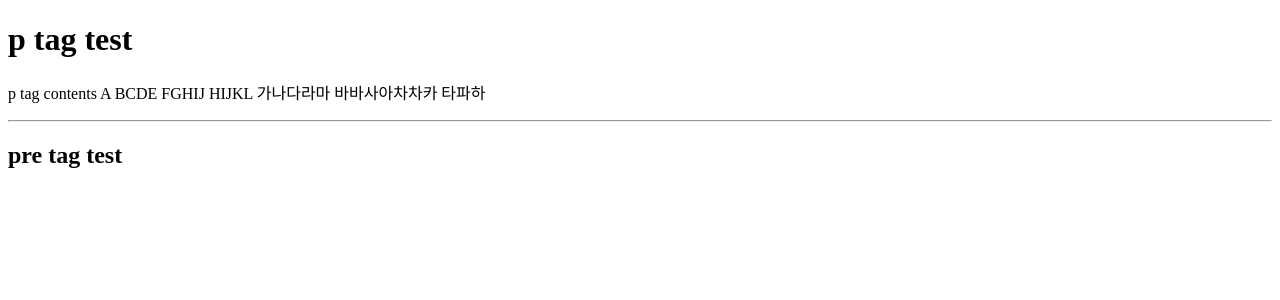
Repository: jihoonys82/weblec
Page: Front/WebContent/Ex01_HTML_tag/tagEx_02.html
The author's editor kept a copy of each file at every save. The page is drawn from the files as they stood at one save, then again after the next save.
The browser window is 1280 px wide. The pictures show the whole page.

Above is the page before, as saved 2018-07-23 09:58:04.

After the next save:
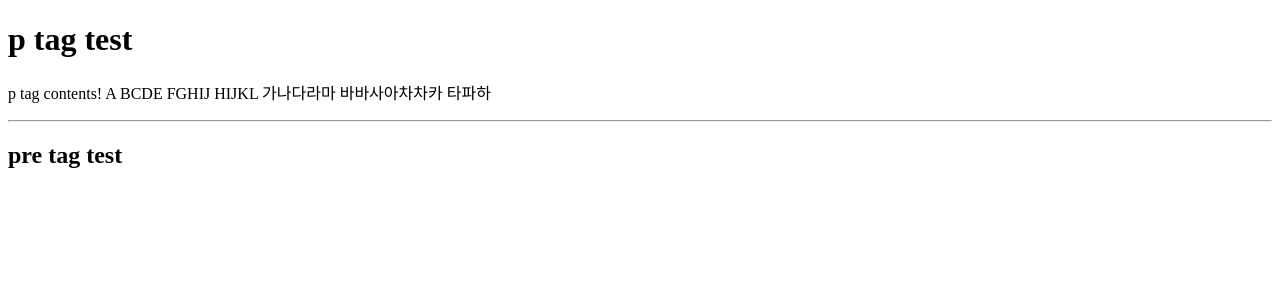
Saved 43 s later.
--- a/Front/WebContent/Ex01_HTML_tag/tagEx_02.html
+++ b/Front/WebContent/Ex01_HTML_tag/tagEx_02.html
@@ -12,9 +12,9 @@
 <!-- <h1> ~ <h6> -->
 <h1> p tag test</h1>
 <p>
-p tag contents
-A             BCDE
-FGHIJ        HIJKL
+p tag contents!
+A			BCDE
+FGHIJ		HIJKL
 가나다라마
 바바사아차차카
 타파하
